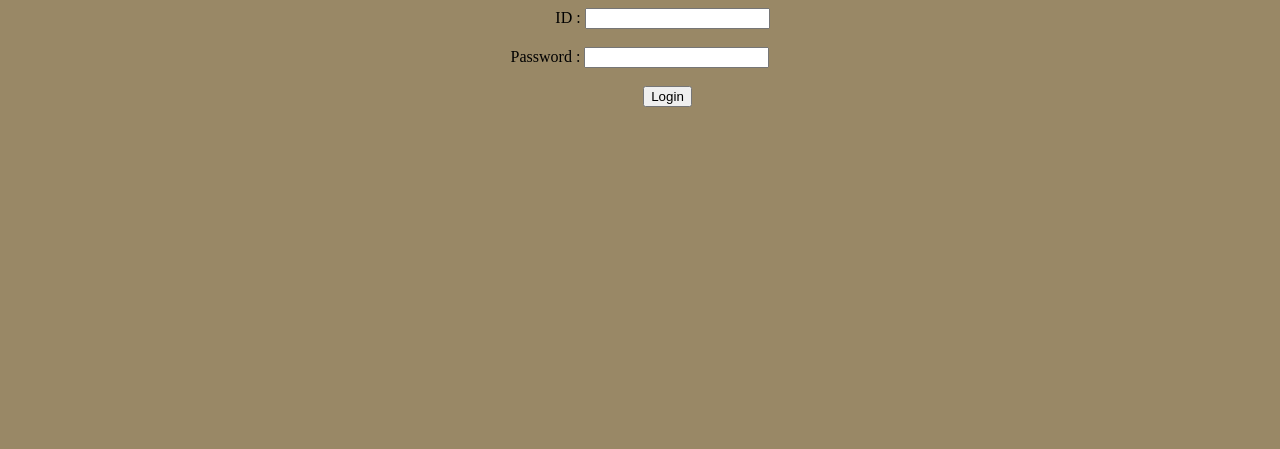
Repository: venkatasanthoshpamuru/Advance_Java_Projects
Page: http://localhost/First_JSP/
An editor plug-in stored every save of this project. The page is shown before and after the next save, followed by the edit.
The browser window is 1280 px wide. The pictures show the whole page.
The page is served by Tomcat 9.

Above is the page before, as saved 2024-03-09 08:10:05.

After the next save:
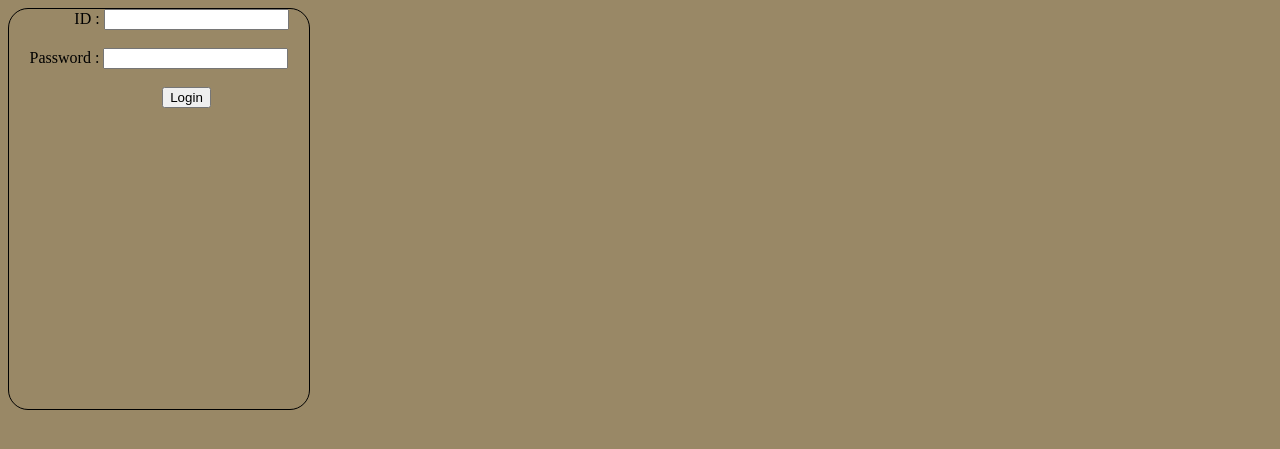
Saved 15 s later.
--- a/First_JSP/src/main/webapp/style.css
+++ b/First_JSP/src/main/webapp/style.css
@@ -1,6 +1,6 @@
 @charset "ISO-8859-1";
 
-.border{
+#border{
 	border:1px solid black;
 	border-radius:20px;
 	width:300px;
